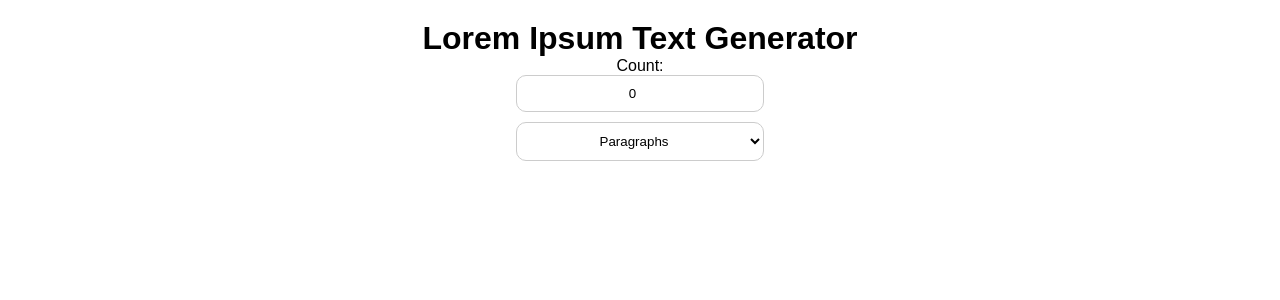
Repository: sriram1224/lorem-generator
Page: /
The author's editor kept a copy of each file at every save. The page is drawn from the files as they stood at one save, then again after the next save.
The browser window is 1280 px wide. The pictures show the whole page.
The project was rebuilt for these pictures with package versions that can differ from the ones it lists, and the page was loaded fresh each time.

Above is the page before, as saved 2024-03-11 21:59:09.

After the next save:
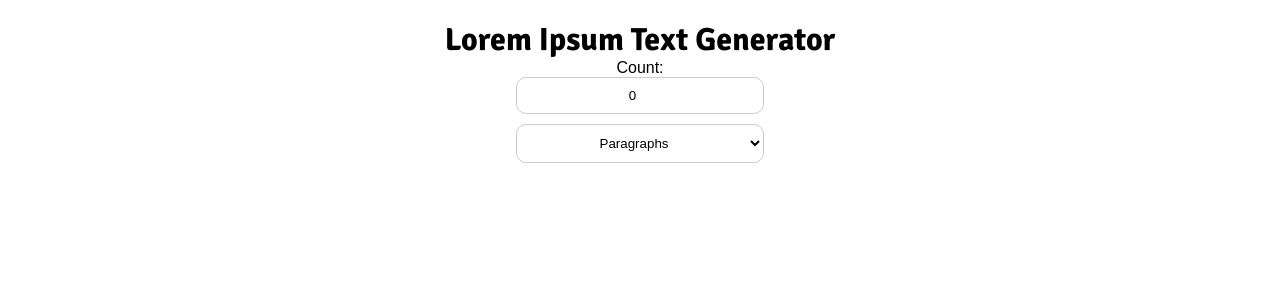
Saved 36 s later.
--- a/src/Components/lorem.js
+++ b/src/Components/lorem.js
@@ -48,7 +48,7 @@ const LoremGenerator = () => {
 
   return (
       <div>
-          <div><h1>Lorem Ipsum Text Generator</h1></div>
+          <div className="heading"><h1>Lorem Ipsum Text Generator</h1></div>
       <label>
         Count:
         <div>
--- a/src/Components/lorem.css
+++ b/src/Components/lorem.css
@@ -74,3 +74,6 @@ button:hover {
     flex-direction: column;
     gap: 2rem;
 }
+.heading h1{
+font-family: "Signika", sans-serif;
+}
